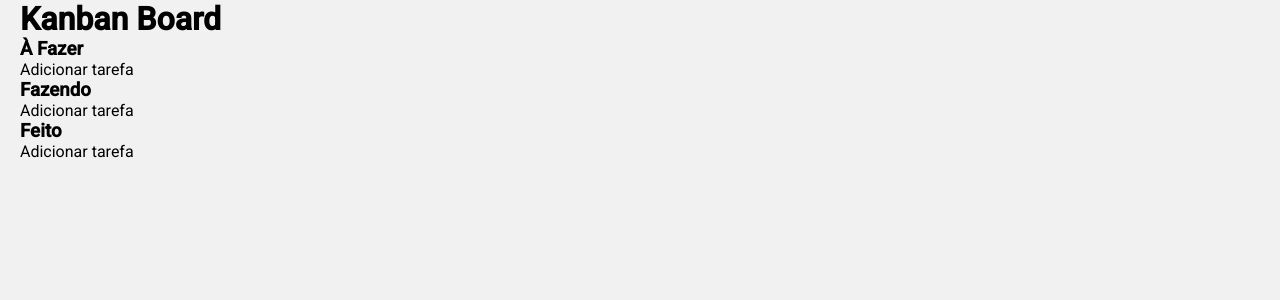
Repository: douglasabnovato/byteclass
Page: trello-mini-kanban/index.html
These files come from the project's save history. The page is drawn as it stood at one moment and after the next save; the edit follows.
The browser window is 1280 px wide. The pictures show the whole page.

Above is the page before, as saved 2025-07-31 20:02:20.

### trello-mini-kanban/index.html
<!DOCTYPE html>
<html>
  <head>
    <meta charset="UTF-8" />
    <meta http-equiv="X-UA-Compatible" content="IE=edge" />
    <meta name="viewport" content="width=device-width, initial-scale=1.0" />
    <link
      rel="stylesheet"
      href="https://cdnjs.cloudflare.com/ajax/libs/font-awesome/4.7.0/css/font-awesome.min.css"
    />
    <title>Trello Mini Kanban</title>
    <link rel="stylesheet" href="./style.css" />
  </head>

  <body>

    <div id="home" class="container content" style="padding-left: 20px">

      <header>
        <h1>Kanban Board</h1>
      </header>

      <main>

        <div class="board">
          <h3 class="title">À Fazer</h3>
          <ul
            id="a-fazer"
            class="todo-list"
            ondrop="drop(event, this.id)"
            ondragover="over(event)"
          ></ul>
          <div class="add-card" onclick="addCard(this)">
            <p>Adicionar tarefa</p>
          </div>
        </div>

        <div class="board">
          <h3 class="title">Fazendo</h3>
          <ul
            id="fazendo"
            class="todo-list"
            ondrop="drop(event, this.id)"
            ondragover="over(event)"
          ></ul>
          <div class="add-card" onclick="addCard(this)">
            <p>Adicionar tarefa</p>
          </div>
        </div>

        <div class="board">
          <h3 class="title">Feito</h3>
          <ul
            id="feito"
            class="todo-list"
            ondrop="drop(event, this.id)"
            ondragover="over(event)"
          ></ul>
          <div class="add-card" onclick="addCard(this)">
            <p>Adicionar tarefa</p>
          </div>
        </div>

      </main>

    </div>

    <script src="./script.js"></script>
  </body>
</html>

### trello-mini-kanban/style.css
@import url("https://fonts.googleapis.com/css2?family=Roboto:wght@100;300;400;500&display=swap");

* {
  box-sizing: border-box;
  margin: 0;
}

body {
  background-color: #f1f1f1;
  font-family: "Roboto", sans-serif;
}

/*

header {
  margin-top: 10px;
}

header h1 {
  background-color: rgb(221, 76, 76);
  color: rgb(39, 9, 9);
  margin: 0;
  text-align: center;
  font-size: 24px;
  font-weight: 400;
  padding: 12px;
}

main {
  display: flex;
  flex-wrap: wrap;
  justify-content: center;
  margin-top: 10px;
}

.board {
  background-color: rgba(255, 255, 255, 0.8);
  width: 320px;
  margin: 4px;
  display: flex;
  flex-direction: column;
}

.board .title {
  background-color: lightcoral;
  color: white;
  margin: 0;
  text-align: center;
  font-size: 24px;
  font-weight: 400;
}

.board ul {
  list-style-type: none;
  min-height: 330px;
  padding: 2px;
  display: flex;
  flex-wrap: wrap;
  align-content: flex-start;
}

.board li {
  background-color: white;
  box-shadow: 2px 2px rgba(0, 0, 0, 0.2);
  border-radius: 4px;
  min-width: 100px;
  height: 40px;
  display: flex;
  justify-content: space-between;
  margin: 4px 10px;
  padding: 8px;
  display: flex;
  align-items: center;
}

.board li:hover {
  cursor: move;
  background-color: rgba(200, 200, 200, 0.5);
  box-shadow: 2px 2px rgba(0, 0, 0, 0.4);
}

.board .todo-list .remove {
  width: 16px;
  height: 16px;
  border-radius: 50%;
  text-align: center;
  font-size: 12px;
  color: #c3c3c3;
}

.board .todo-list .remove:hover {
  cursor: pointer;
  background-color: lightcoral;
}

.board .add-card {
  background-color: rgba(200, 200, 200, 0.8);
  border-radius: 2px;
  box-shadow: 2px 2px rgba(0, 0, 0, 0.2);
  margin: 4px 4px;
}

.board .add-card:hover {
  background-color: rgba(192, 182, 182, 0.95);
  cursor: pointer;
  box-shadow: 2px 2px rgba(0, 0, 0, 0.4);
}

.board .add-card p {
  font-size: 16px;
  padding: 15px 10px;
  font-weight: 100;
}
*/

### trello-mini-kanban/script.js

// function addCard(element) {
//   const ulId = element.previousElementSibling.id;
//   const text = prompt("Qual é a tarefa?");
//   const board = document.getElementById(ulId);

//   const template = `
//     <li id="${new Date().getTime()}" draggable="true" ondragstart="drag(event)">
//         <p>${text}</p>
//         <p class="remove" onclick="removeCard(this)">x</p>
//     </li>
//   `;

//   board.innerHTML += template;
// }

// /* remover uma tarefa */
// function removeCard(element) {
//   document.getElementById(element.parentElement.id).remove();
// }

// /* arrastar uma tarefa entre os quadros */
// function drag(event) {
//   event.dataTransfer.setData("card", event.target.id);
// }

// function over(event) {
//   event.preventDefault();
// }

// function drop(event, id) {
//   event.preventDefault();

//   const target = document.getElementById(id);
//   const data = event.dataTransfer.getData("card");
//   const card = document.getElementById(data);

//   target.appendChild(card);
//   event.dataTransfer.clearData();
// }

After the next save:
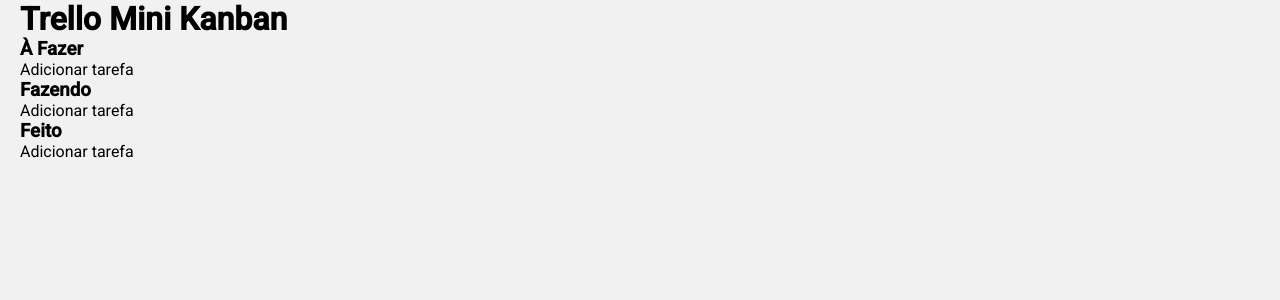
Saved 14 s later.
--- a/trello-mini-kanban/index.html
+++ b/trello-mini-kanban/index.html
@@ -17,7 +17,7 @@
     <div id="home" class="container content" style="padding-left: 20px">
 
       <header>
-        <h1>Kanban Board</h1>
+        <h1>Trello Mini Kanban</h1>
       </header>
 
       <main>
